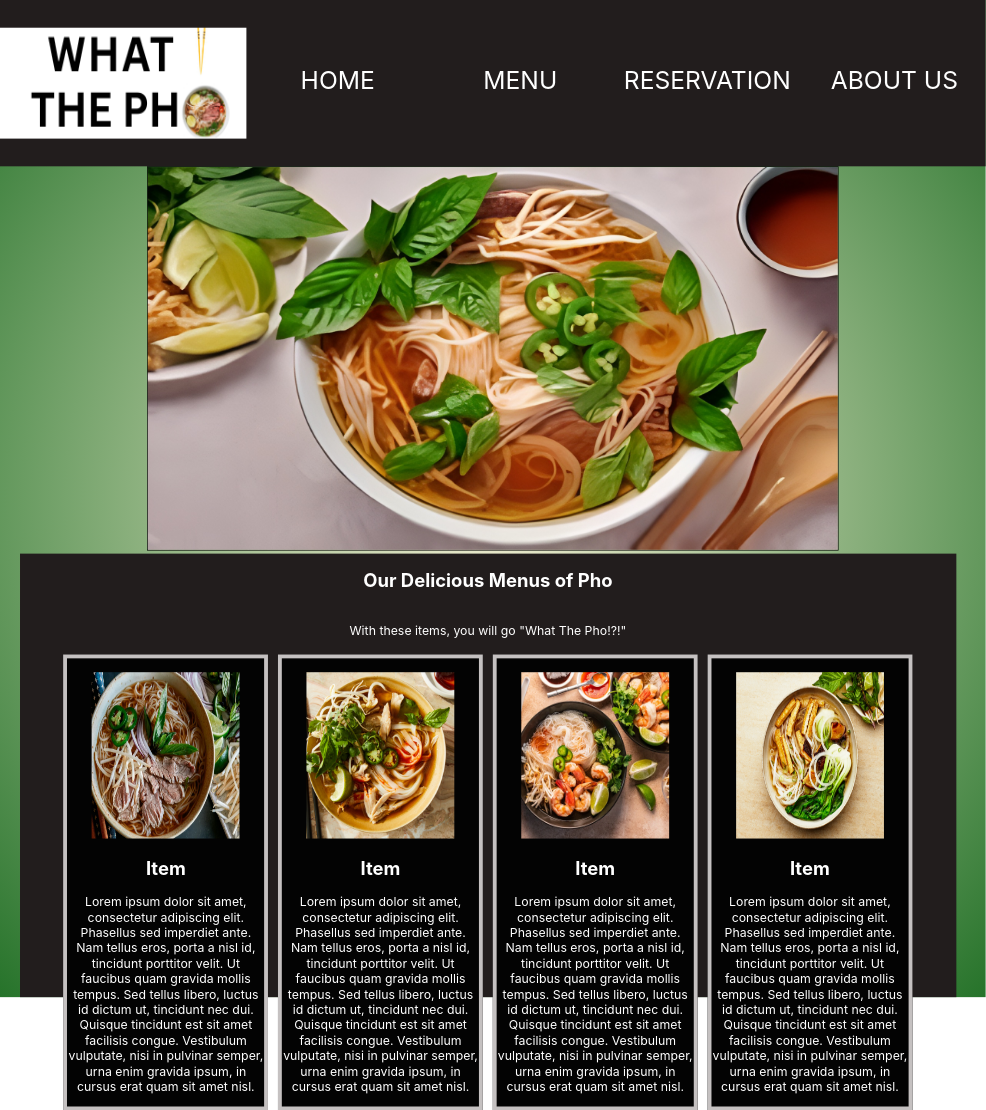
Repository: NguyenkhDang/Restaurant-Website
Page: /
These files come from the project's save history. The page is drawn as it stood at one moment and after the next save; the edit follows.
The browser window is 1280 px wide. The pictures show the whole page, at 77% of full size.
The project was rebuilt for these pictures with package versions that can differ from the ones it lists, and the page was loaded fresh each time.

Above is the page before, as saved 2026-01-15 23:07:12.

### src/App.js
import BackgroundImage from "./image/pho.jpg"
import BeefPho from "./image/beefPho.png"
import ChickenPho from "./image/chickenPho.jpg"
import ShrimpPho from "./image/shrimpPho.png"
import VeganPho from "./image/veganPho.jpg"
import './App.css';
import NavigationBar from './NavigationBar';
function App() {
  return (
    <div className="home">
      <NavigationBar />
      <img
        src={BackgroundImage}
        style={{maxWidth: "70vw", height: "auto", border: "1px solid black"}}
        alt="Pho Photo"
        />


      <div className="menu">
        <h2>Our Delicious Menus of Pho</h2>
        <p>With these items, you will go "What The Pho!?!"</p>
        <div className="foodContainer">
          <div>
            <img  src={BeefPho}
                  style={{width: "15vw", height: "30vh"}}/>
            <h2>Item</h2>
            <p>Lorem ipsum dolor sit amet, consectetur adipiscing elit. Phasellus sed imperdiet ante. Nam tellus eros, porta a nisl id, tincidunt porttitor velit. Ut faucibus quam gravida mollis tempus. Sed tellus libero, luctus id dictum ut, tincidunt nec dui. Quisque tincidunt est sit amet facilisis congue. Vestibulum vulputate, nisi in pulvinar semper, urna enim gravida ipsum, in cursus erat quam sit amet nisl. </p>
          </div>
          <div>
            <img  src={ChickenPho}
                  style={{width: "15vw", height: "30vh"}}/>
            <h2>Item</h2>
            <p>Lorem ipsum dolor sit amet, consectetur adipiscing elit. Phasellus sed imperdiet ante. Nam tellus eros, porta a nisl id, tincidunt porttitor velit. Ut faucibus quam gravida mollis tempus. Sed tellus libero, luctus id dictum ut, tincidunt nec dui. Quisque tincidunt est sit amet facilisis congue. Vestibulum vulputate, nisi in pulvinar semper, urna enim gravida ipsum, in cursus erat quam sit amet nisl. </p>
          </div>
          <div>
            <img  src={ShrimpPho}
                  style={{width: "15vw", height: "30vh"}}/>
            <h2>Item</h2>
            <p>Lorem ipsum dolor sit amet, consectetur adipiscing elit. Phasellus sed imperdiet ante. Nam tellus eros, porta a nisl id, tincidunt porttitor velit. Ut faucibus quam gravida mollis tempus. Sed tellus libero, luctus id dictum ut, tincidunt nec dui. Quisque tincidunt est sit amet facilisis congue. Vestibulum vulputate, nisi in pulvinar semper, urna enim gravida ipsum, in cursus erat quam sit amet nisl. </p>
          </div>
          <div>
            <img  src={VeganPho}
                  style={{width: "15vw", height: "30vh"}}/>
            <h2>Item</h2>
            <p>Lorem ipsum dolor sit amet, consectetur adipiscing elit. Phasellus sed imperdiet ante. Nam tellus eros, porta a nisl id, tincidunt porttitor velit. Ut faucibus quam gravida mollis tempus. Sed tellus libero, luctus id dictum ut, tincidunt nec dui. Quisque tincidunt est sit amet facilisis congue. Vestibulum vulputate, nisi in pulvinar semper, urna enim gravida ipsum, in cursus erat quam sit amet nisl. </p>
          </div>
        </div>
      </div>
  </div>
);
}

export default App;

### src/App.css
.home {
  background: #f5f0d5;
  background: radial-gradient(circle, rgba(245, 240, 213, 1) 0%, rgba(38, 115, 42, 1) 100%);
  text-align: center;
  color: white;

}
.menu{
  background-color: rgb(34, 29, 29);
  display: grid;
  grid-template-rows: 1fr 1fr 1fr;
  height: 80vh;
  gap: 5px;
  place-items: center;
  width: 95vw;
  margin-left: 2vw;
  margin-right: 2vw;


}

.foodContainer{
  display: grid;
  grid-template-columns: 1fr 1fr 1fr 1fr;
  place-items: center;
  gap: 1vw;
}

.foodContainer div{
  background-color: rgb(3, 3, 3);
  width: 20vw;
  padding-top: 2.5vh;
  border: rgb(197, 193, 193) solid 5px;
}

### src/NavigationBar.js
import "./CSS/NavigationBar.css"
import Logo from "./image/CustomLogo2.png"
const NavigationBar = () =>{



  return (
    <div className="navbar">
      <div className="logoImage">
        <img src= {Logo} />
      </div>
      <div className="wholeNavBar">
        <ul>
          <li>
            <a>HOME</a>
          </li>
          <li>
            <a>MENU</a>
          </li>
          <li>
            <a>RESERVATION</a>
          </li>
          <li>
            <a>ABOUT US</a>
          </li>
        </ul>

      </div>
    </div>
  )


}

export default NavigationBar

### src/CSS/NavigationBar.css
.navbar{
  background-color: rgb(34, 29, 29);
  display: grid;
  grid-template-columns: 25% 75%;
  height: 25vh;
  padding-top: 5vh;
}
.wholeMavBar{
  float: right;
  height: 10vh;
}

.logoImage img{
  height: 20vh;
  width: 25vw;
  object-fit: fill;
  object-position: center;
}

ul{
  align-items: center;
  list-style-type: none;
  display: grid;
  place-items: center;
  grid-template-columns: 1fr 1fr 1fr 1fr;
  margin-top: 5%;
  padding: 0;
}
li a{
  font-size: 2em;
  text-align: center;
  padding: 14px 16px;
}

li a:hover{
  background-color: #c5b1b1;
}

Loaded but not shown: public/index.html (common file); src/index.js (common file); src/index.css (common file); src/reportWebVitals.js (common file)

After the next save:
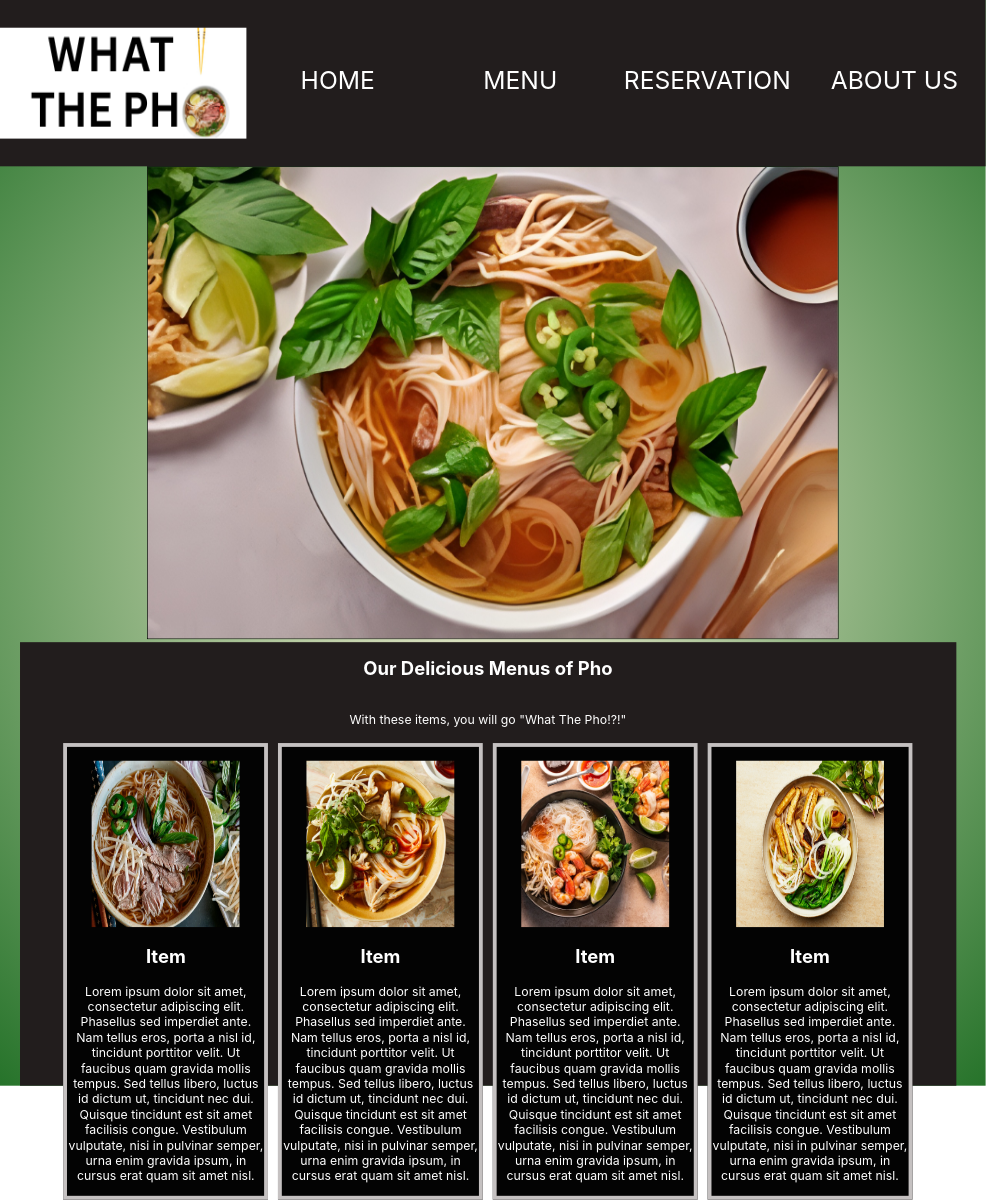
Saved 111 s later.
--- a/src/App.js
+++ b/src/App.js
@@ -11,7 +11,7 @@
       <NavigationBar />
       <img
         src={BackgroundImage}
-        style={{maxWidth: "70vw", height: "auto", border: "1px solid black"}}
+        style={{maxWidth: "70vw", height: "85vh", border: "1px solid black"}}
         alt="Pho Photo"
         />
 

After the save that followed:
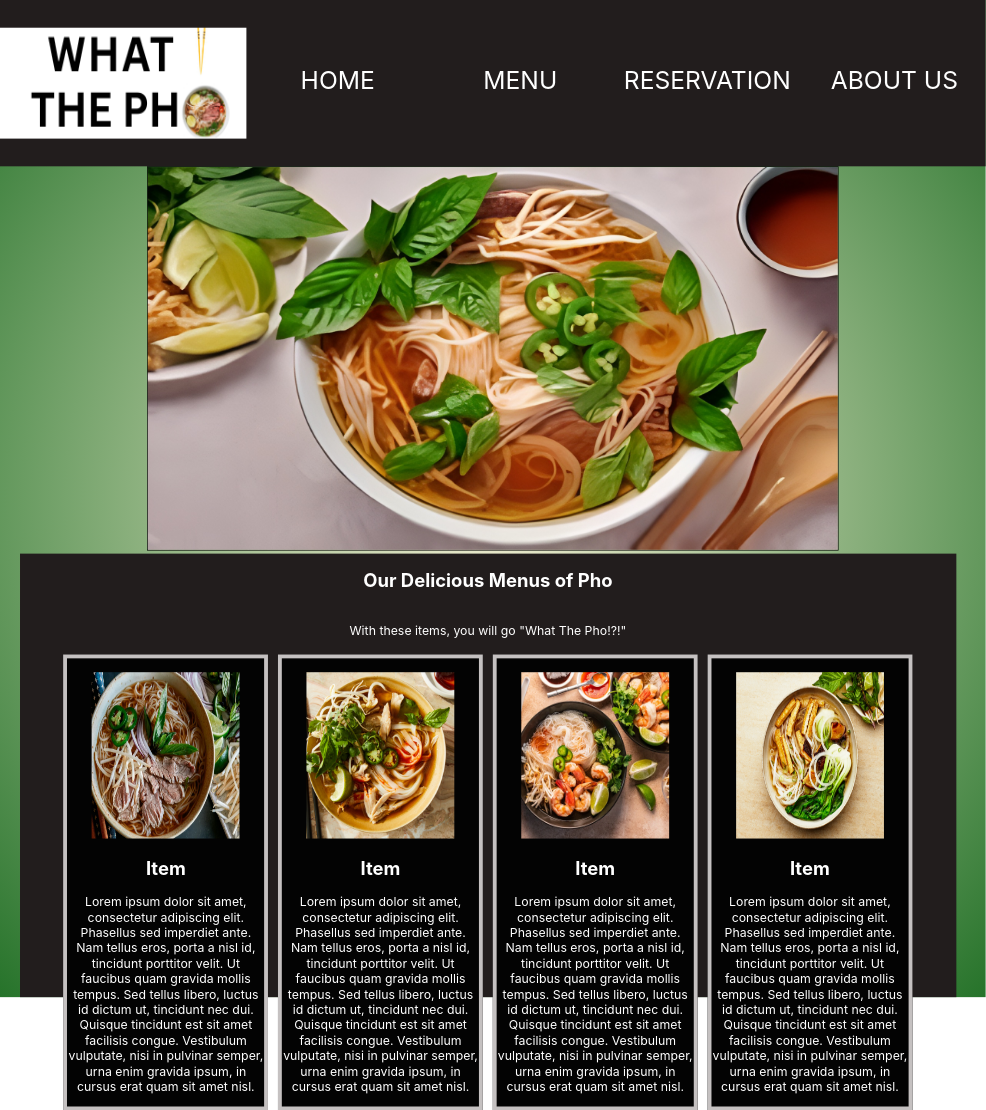
Saved 10 s later.
--- a/src/App.js
+++ b/src/App.js
@@ -11,7 +11,7 @@
       <NavigationBar />
       <img
         src={BackgroundImage}
-        style={{maxWidth: "70vw", height: "85vh", border: "1px solid black"}}
+        style={{maxWidth: "70vw", height: "auto", border: "1px solid black"}}
         alt="Pho Photo"
         />
 
